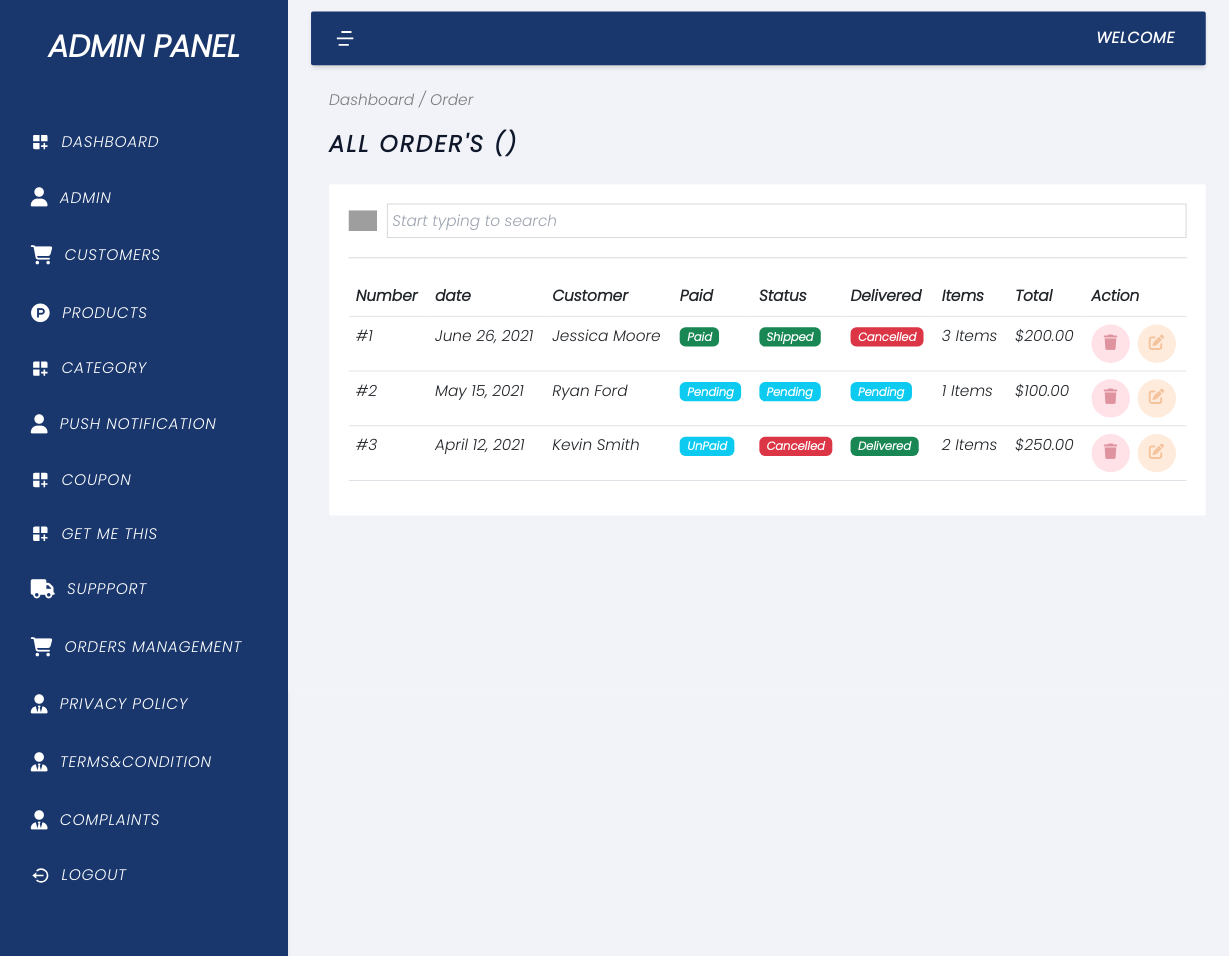
Repository: FlyweisReact/globalgenieAdminPanel
Page: /Orders
An editor plug-in stored every save of this project. The page is shown before and after the next save, followed by the edit.
The browser window is 1280 px wide. The pictures show the whole page, at 96% of full size.
Pictures or frames that could not be fetched are drawn as grey boxes. The page's requests for data from a server got no answer. Some web libraries are served in a nearby version. The project was rebuilt for these pictures with package versions that can differ from the ones it lists, and the page was loaded fresh each time. No one was signed in, and anything a server would have sent is missing. Also part of the build but not shown: src/E-CommerceAdmin/forms/Login.jsx, src/E-CommerceAdmin/pages/Dashboard.jsx, src/E-CommerceAdmin/pages/ECategory.js, src/E-CommerceAdmin/pages/EProduct.js, src/E-CommerceVendor/forms/EVendorLogin.jsx, src/E-CommerceVendor/layout/Navbar.jsx, src/E-CommerceVendor/layout/Sidebar.jsx, src/E-CommerceVendor/layout/HOC.jsx and 21 more. Imported but missing from the stored project, and not drawn on this page: src/E-CommerceAdmin/pages/Component/SpinnerComp.

Above is the page before, as saved 2023-05-11 15:09:54.

After the next save:
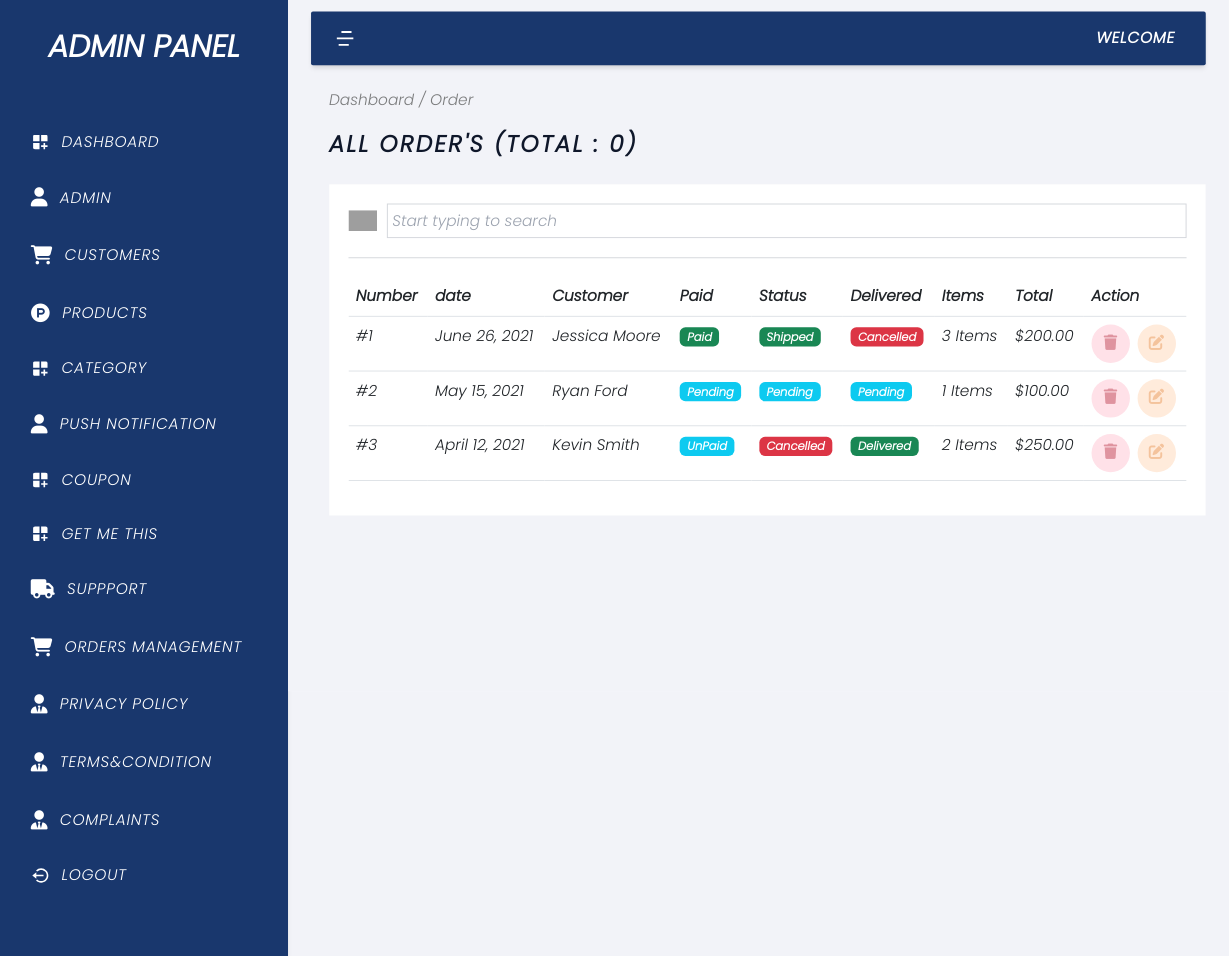
Saved 8 s later.
--- a/src/E-CommerceAdmin/pages/EAdminOrders.js
+++ b/src/E-CommerceAdmin/pages/EAdminOrders.js
@@ -61,7 +61,7 @@
         style={{ width: "98%", marginLeft: "2%" }}>
           <span   className="tracking-widest text-slate-900 font-semibold uppercase"
           style={{ fontSize: "1.5rem" }}>
-            All Order's ()
+            All Order's (Total : {data?.length})
           </span>
         </div>
         <section className="sectionCont">
